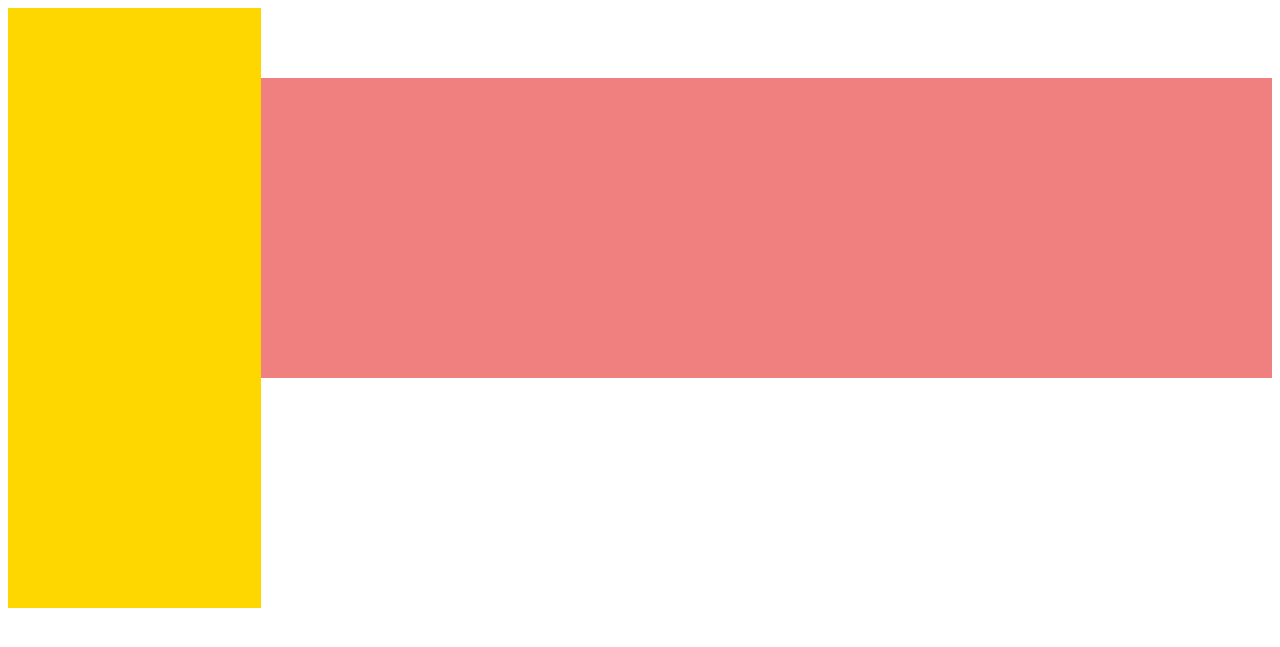
Repository: he-ming-de/vue-back
Page: /
An editor plug-in stored every save of this project. The page is shown before and after a run of saves, followed by the edit.
The browser window is 1280 px wide. The pictures show the whole page.
The page's requests for data from a server got no answer. The project was rebuilt for these pictures with package versions that can differ from the ones it lists, and the page was loaded fresh each time. No one was signed in, and anything a server would have sent is missing.

Above is the page before, as saved 2020-08-27 16:19:53.

### src/main.js
import Vue from "vue";
import App from "./App.vue";
import router from "./router";
import store from "./store";
import ElementUI from 'element-ui';
import 'element-ui/lib/theme-chalk/index.css';

Vue.config.productionTip = false;
Vue.use(ElementUI);

new Vue({
  router,
  store,
  render: h => h(App)
}).$mount("#app");

### src/App.vue
<template>
  <div>
    <router-view />
  </div>
</template>
<style>
</style>

### src/views/Home.vue
<template>
  <div class="d-flex">
    <div class="sidebar">
      <el-row class="tac">
        <el-col v-for="(item,index) in lists" :key="index">
          <el-menu
            default-active="0"
            class="el-menu-vertical-demo"
            @open="handleOpen"
            @close="handleClose"
          >
            <el-menu-item v-if="index==0" index="2">
              <span slot="title">{{item.name}}</span>
            </el-menu-item>
            <el-submenu v-else index="1">
              <template slot="title">
                <span>{{item.name}}</span>
              </template>
              <el-menu-item-group>
                <el-menu-item index="1-1">选项1</el-menu-item>
                <el-menu-item index="1-2">选项2</el-menu-item>
              </el-menu-item-group>
              <el-menu-item index="1-3">选项3</el-menu-item>
            </el-submenu>
          </el-menu>
        </el-col>
      </el-row>
    </div>
    <div class="kuan">
      <div class="navigation-bar">
        <el-menu :default-active="activeIndex" mode="horizontal" @select="handleSelect">
          <el-menu-item
            v-for="(item,index) in arr"
            :key="index"
            :index="String(index)"
          >{{item.name}}</el-menu-item>
        </el-menu>
      </div>
      <div class="Class-capacity"></div>
    </div>
  </div>
</template>

<script>
import axios from "axios";
export default {
  name: "",
  props: {},
  data() {
    return {
      activeIndex: "0",
      menus: [],
      arr: [],
      list: [],
      menu_id: "",
      lists: []
    };
  },
  components: {},
  methods: {
    handleOpen(key, keyPath) {
      console.log(key, keyPath);
    },
    handleClose(key, keyPath) {
      console.log(key, keyPath);
    },
    handleSelect(key, keyPath) {
      console.log(key, keyPath);
      this.menu_id = this.arr[key].menu_id;
      this.lists = this.list.filter(item => {
        return item.parent_id == this.menu_id;
      });
    },
    // 所有数据
    getData() {
      axios
        .get("http://49.233.66.125:3030/menu")
        .then(res => {
          console.log(res);
          this.menus = res.data.data.menus;
          this.menus.map(item => {
            if (item.level == 0) {
              this.arr.push(item);
            }
            if (item.level == 1) {
              this.list.push(item);
            }
          });
          this.arr = this.arr.slice(0, 7);
          console.log(this.arr);
          console.log(this.list);
        })
        .catch(err => {
          console.log(err);
        });
    }
  },
  mounted() {
    this.getData();
  },
  watch: {},
  computed: {}
};
</script>
<style scoped>
.kuan {
  width: 80%;
}
.navigation-bar {
  width: 94%;
  height: 70px;
  display: flex;
  padding: 0 3%;
}
.sidebar {
  width: 20%;
  height: 600px;
  background: gold;
}
.Class-capacity {
  width: 100%;
  height: 300px;
  background: lightcoral;
}
.d-flex {
  display: flex;
}
.font {
  width: 100px;
  height: 100px;
  display: flex;
  align-items: center;
  justify-content: center;
}
</style>

Loaded but not shown: public/index.html (common file); src/router/index.js (common file); src/store/index.js (common file)

After the next 2 saves:
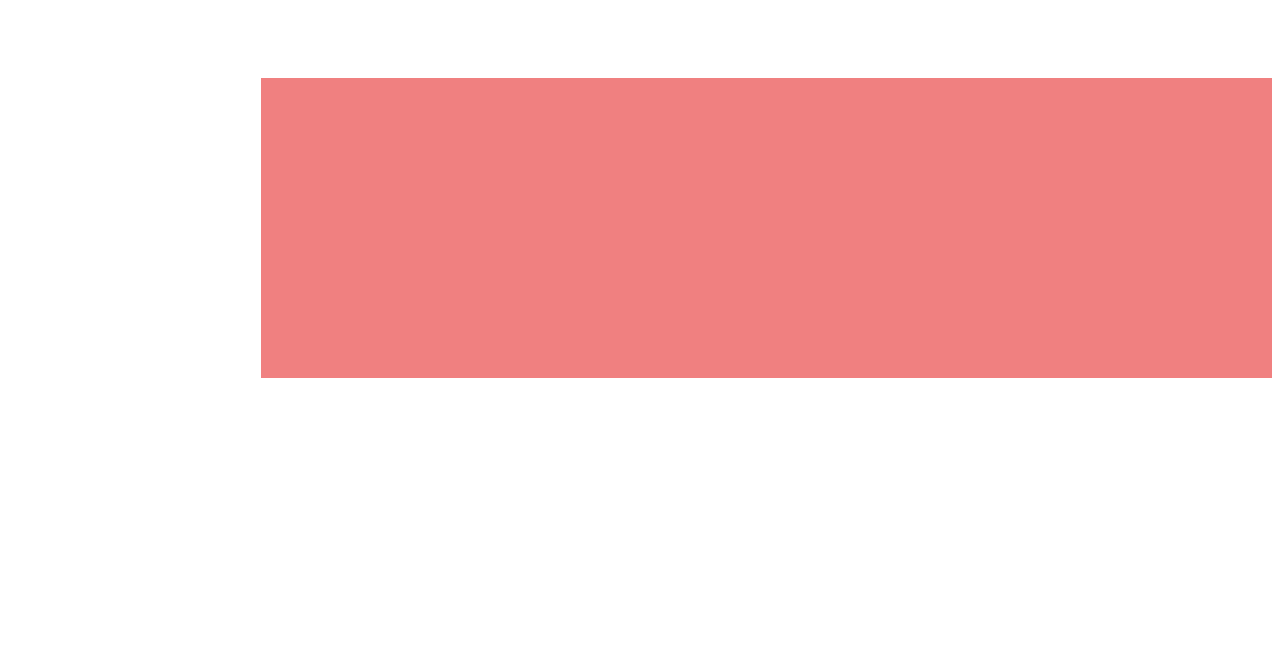
The 2 saves are shown as one change because they came seconds apart.
The last was saved 11 s later.
--- a/src/views/Home.vue
+++ b/src/views/Home.vue
@@ -114,7 +114,7 @@ export default {
 }
 .sidebar {
   width: 20%;
-  height: 600px;
+  height: 100%;
   background: gold;
 }
 .Class-capacity {
